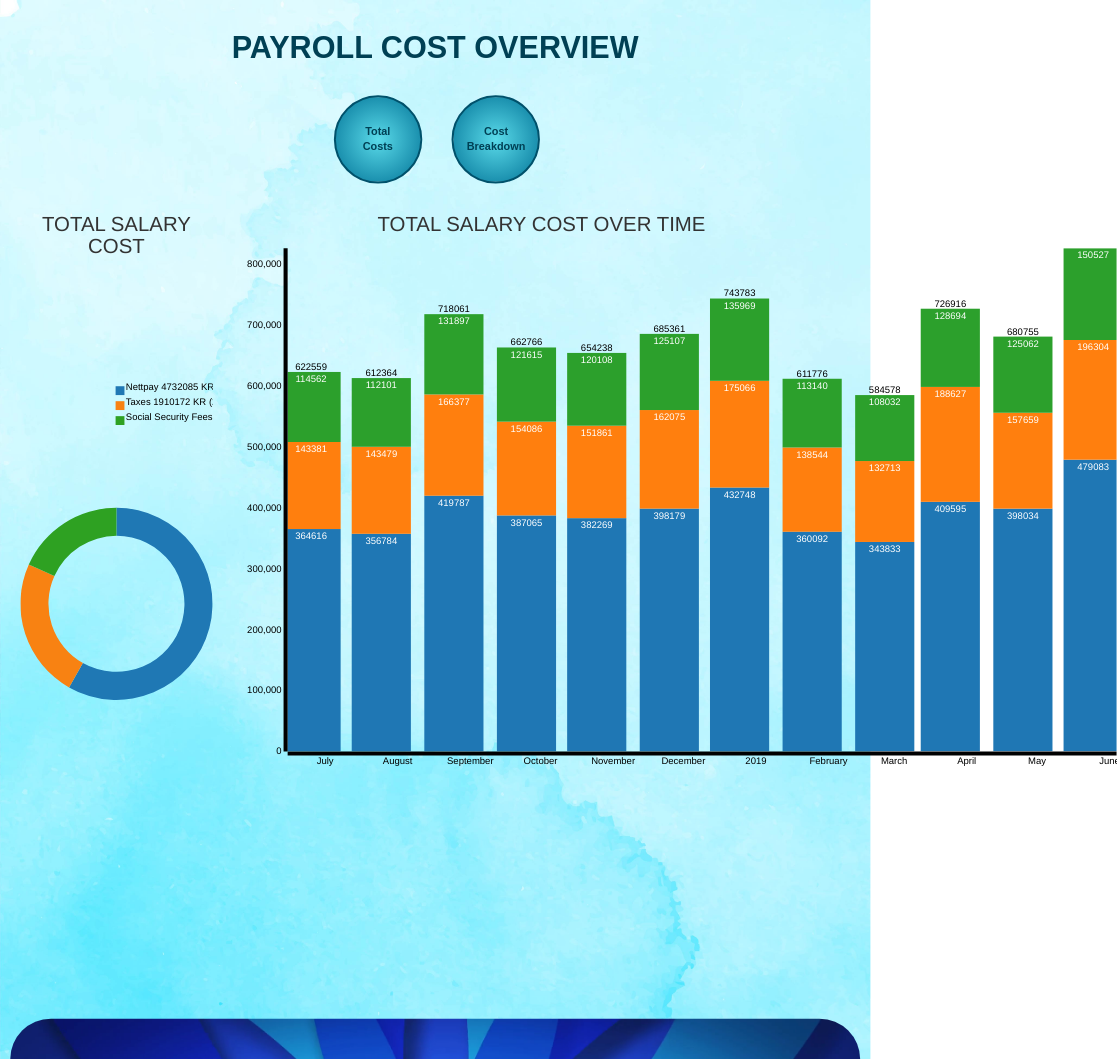
Repository: Code-Institute-Submissions/danfiliphoff-Milestoneproject-2
Page: total_cost.html
The author's editor kept a record of every edit. The page is drawn from the files as they stood at one moment, then again after the next edit.
The browser window is 1280 px wide. The page is 1643 px wide, then 1280 px, then 1643 px, so the pictures cover 1643 px, including what lies to the right of the window. The pictures show the whole page, at 68% of full size.

Above is the page before.

After the next edit:
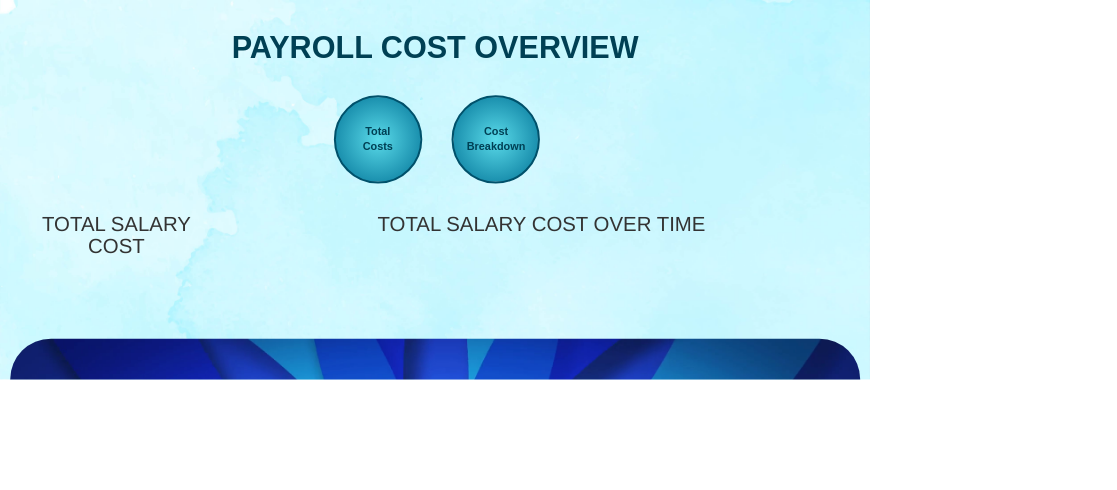
Console error: SyntaxError: Invalid or unexpected token
The edit:
--- a/static/js/total_cost.js
+++ b/static/js/total_cost.js
@@ -90,8 +90,8 @@
                     return +d.getAttribute('x') + (d.getAttribute('width')/2);
                 })
                 .attr('y', function(d){ return +d.getAttribute('y') + 15; })
-                .attr('style', function(d){
-                    if (+d.getAttribute('height') < 18) return "display:none";
+                /*.attr('style', function(d){
+                    if (+d.getAttribute('height') < 100) return "display:none";
                 });
 
             });

After the edit that followed:
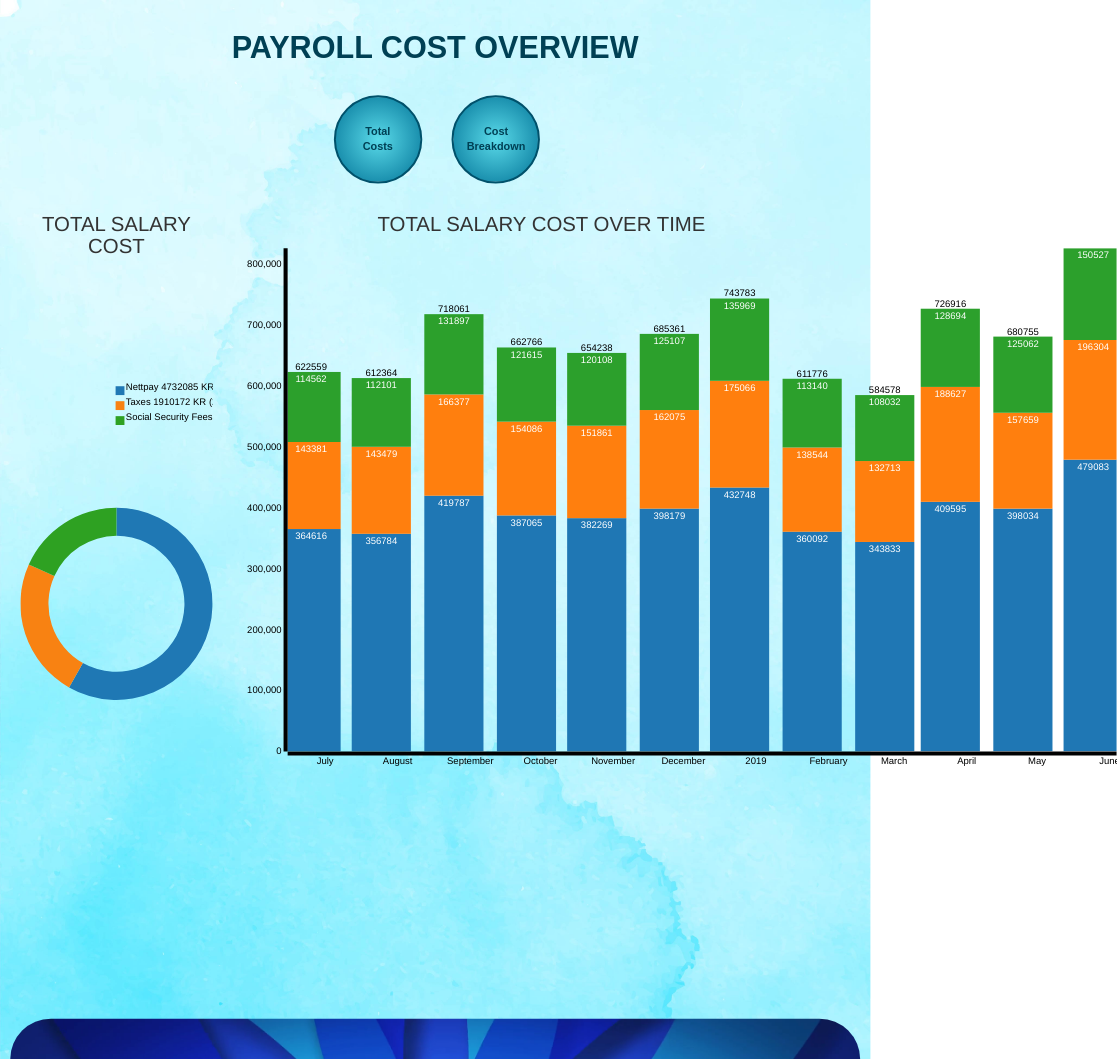
The error is gone.
The edit:
--- a/static/js/total_cost.js
+++ b/static/js/total_cost.js
@@ -92,7 +92,7 @@
                 .attr('y', function(d){ return +d.getAttribute('y') + 15; })
                 /*.attr('style', function(d){
                     if (+d.getAttribute('height') < 100) return "display:none";
-                });
+                });*/
 
             });
 }
